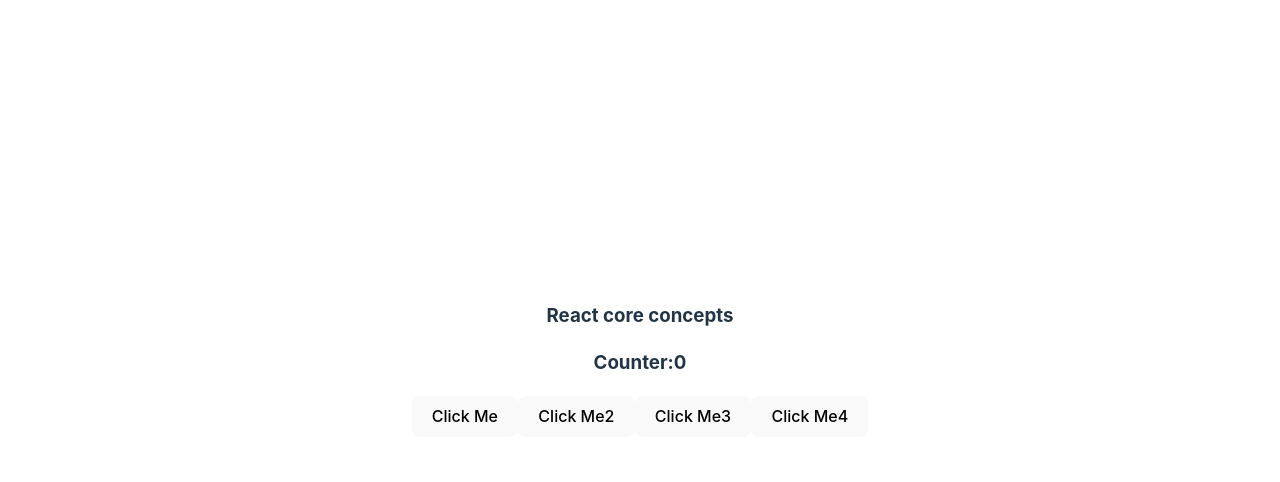
Repository: sumonkumarsarkar/my-project3-react
Page: /
An editor plug-in stored every save of this project. The page is shown before and after the next save, followed by the edit.
The browser window is 1280 px wide. The pictures show the whole page.
The project was rebuilt for these pictures with package versions that can differ from the ones it lists, and the page was loaded fresh each time. Also part of the build but not shown: vite.config.js.

Above is the page before, as saved 2024-03-10 21:35:31.

### src/App.jsx

import './App.css'
import Counter from './Counter'

function App() {

function handleClick(){
  alert('button click')
}
const handleClick2=()=>{
  alert('button2 click')
}
const addToFive=(num)=>{
  alert(num+5)
}
  return (
    <>

      <h3>React core concepts</h3>
      <Counter ></Counter>
      <button onClick={handleClick}>Click Me</button>
      <button onClick={handleClick2}>Click Me2</button>
      <button onClick={()=>{
        alert('button3 clicked')
      }}>Click Me3</button>
      <button onClick={()=>{addToFive(5)}}>Click Me4</button>

    </>
  )
}

export default App

### src/Counter.jsx
import { useState } from "react"

export default function Counter(){
    const [count, setCount]=useState(0)
return (
    <div>
        <h3>Counter:{count}</h3>
    </div>
)
}

Loaded but not shown: index.html (common file); src/main.jsx (common file); src/index.css (common file); src/App.css (common file)

After the next save:
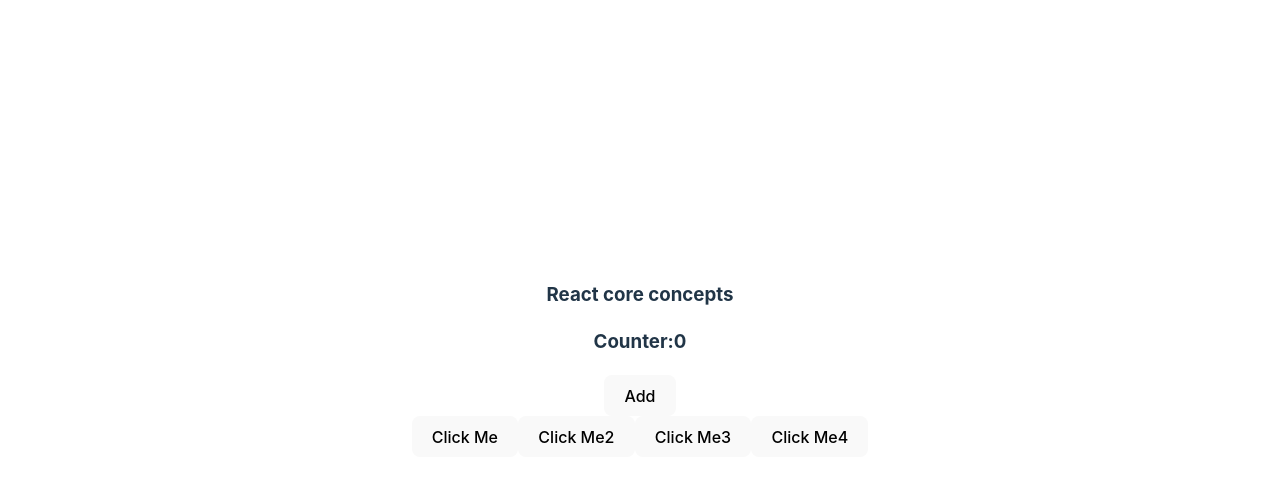
Saved 35 s later.
--- a/src/Counter.jsx
+++ b/src/Counter.jsx
@@ -5,6 +5,7 @@ export default function Counter(){
 return (
     <div>
         <h3>Counter:{count}</h3>
+        <button>Add</button>
     </div>
 )
 }
